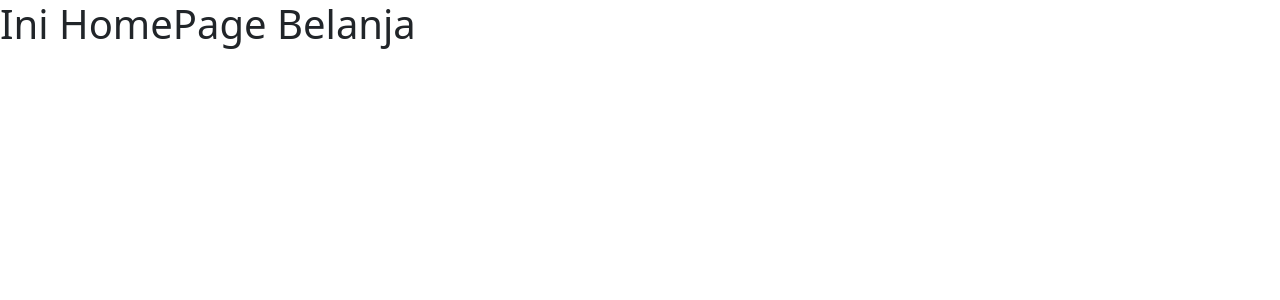
Repository: roningrum/ecommerce_dts
Page: http://localhost/home
An editor plug-in stored every save of this project. The page is shown before and after the next save, followed by the edit.
The browser window is 1280 px wide. The pictures show the whole page.
The page is served by the project's application, run on Django 4.2 (ecommerce/manage.py). Other server files are loaded and not shown.

Above is the page before, as saved 2023-06-04 11:25:24.

### ecommerce/shop/templates/shop/index.html
<!doctype html>
<html lang="en">
  <head>
    <meta charset="utf-8">
    <meta name="viewport" content="width=device-width, initial-scale=1">
    <title>Home</title>
    <link href="https://cdn.jsdelivr.net/npm/bootstrap@5.2.3/dist/css/bootstrap.min.css" rel="stylesheet" integrity="sha384-rbsA2VBKQhggwzxH7pPCaAqO46MgnOM80zW1RWuH61DGLwZJEdK2Kadq2F9CUG65" crossorigin="anonymous">
  </head>
  <body>
    <h1>Ini HomePage Belanja</h1>
    <script src="https://cdn.jsdelivr.net/npm/bootstrap@5.2.3/dist/js/bootstrap.bundle.min.js" integrity="sha384-kenU1KFdBIe4zVF0s0G1M5b4hcpxyD9F7jL+jjXkk+Q2h455rYXK/7HAuoJl+0I4" crossorigin="anonymous"></script>
  </body>
</html>

### ecommerce/shop/views.py
from django.shortcuts import render

# Create your views here.
def home(request):
    return render(request, "shop/index.html")
def register(request):
    return render(request, "shop/register.html")

### ecommerce/ecommerce/urls.py
"""
URL configuration for ecommerce project.

The `urlpatterns` list routes URLs to views. For more information please see:
    https://docs.djangoproject.com/en/4.2/topics/http/urls/
Examples:
Function views
    1. Add an import:  from my_app import views
    2. Add a URL to urlpatterns:  path('', views.home, name='home')
Class-based views
    1. Add an import:  from other_app.views import Home
    2. Add a URL to urlpatterns:  path('', Home.as_view(), name='home')
Including another URLconf
    1. Import the include() function: from django.urls import include, path
    2. Add a URL to urlpatterns:  path('blog/', include('blog.urls'))
"""
from django.contrib import admin
from django.urls import path
from django.conf.urls import include

urlpatterns = [
    path('admin/', admin.site.urls),
    path('',include('shop.urls'))
]

### ecommerce/shop/urls.py
from django.urls import path
from . import views

urlpatterns = [
    path('home', views.home, name="home"),
    path('register', views.register, name="register")
]

After the next save:
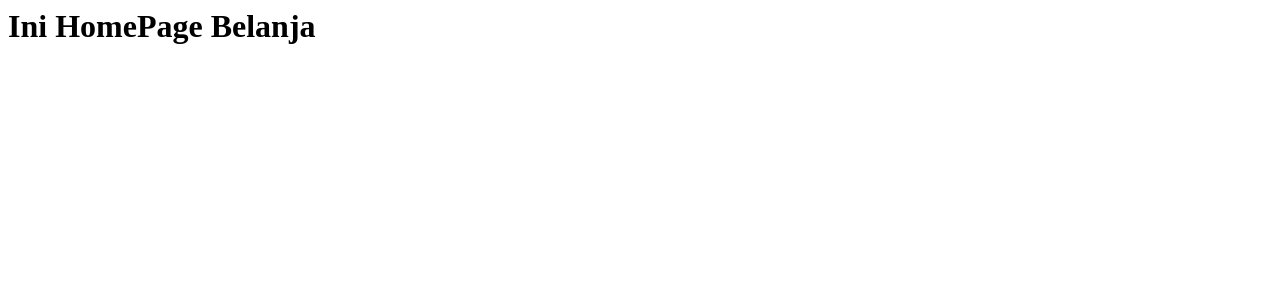
Saved 66 s later.
--- a/ecommerce/shop/templates/shop/index.html
+++ b/ecommerce/shop/templates/shop/index.html
@@ -1,13 +1,3 @@
-<!doctype html>
-<html lang="en">
-  <head>
-    <meta charset="utf-8">
-    <meta name="viewport" content="width=device-width, initial-scale=1">
-    <title>Home</title>
-    <link href="https://cdn.jsdelivr.net/npm/bootstrap@5.2.3/dist/css/bootstrap.min.css" rel="stylesheet" integrity="sha384-rbsA2VBKQhggwzxH7pPCaAqO46MgnOM80zW1RWuH61DGLwZJEdK2Kadq2F9CUG65" crossorigin="anonymous">
-  </head>
-  <body>
+{% block content %}
     <h1>Ini HomePage Belanja</h1>
-    <script src="https://cdn.jsdelivr.net/npm/bootstrap@5.2.3/dist/js/bootstrap.bundle.min.js" integrity="sha384-kenU1KFdBIe4zVF0s0G1M5b4hcpxyD9F7jL+jjXkk+Q2h455rYXK/7HAuoJl+0I4" crossorigin="anonymous"></script>
-  </body>
-</html>
+{% endblock content %}
